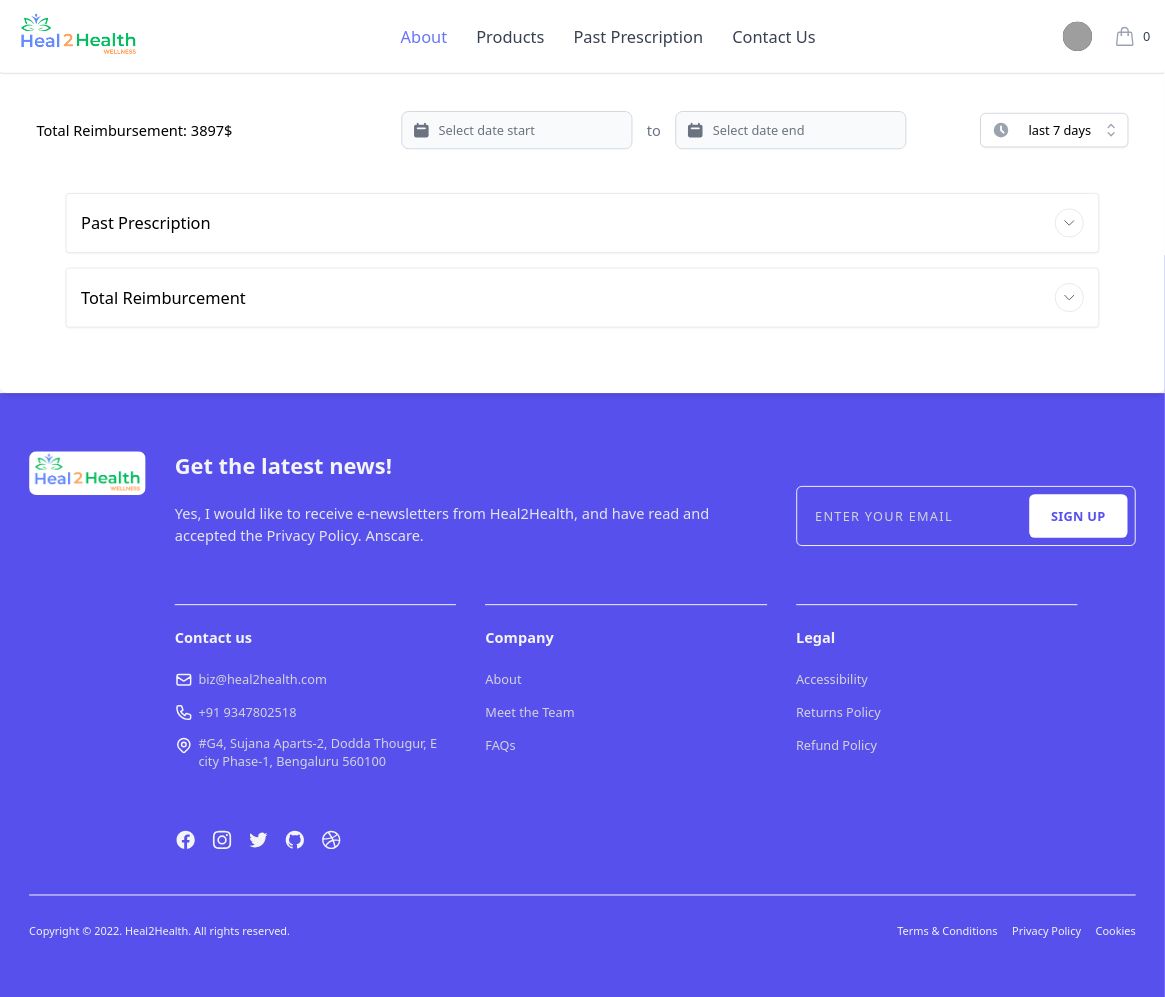
Repository: Akash123-coder/H2H
Page: /pastprescription (app in Frontend/)
An editor plug-in stored every save of this project. The page is shown before and after the next save, followed by the edit.
The browser window is 1280 px wide. The pictures show the whole page, at 91% of full size.
Pictures or frames that could not be fetched are drawn as grey boxes. The project was rebuilt for these pictures with package versions that can differ from the ones it lists, and the page was loaded fresh each time. Also part of the build but not shown: Frontend/vite.config.ts, Frontend/src/pages/About.tsx, Frontend/src/components/Cta.jsx, Frontend/src/pages/Home.jsx, Frontend/src/components/Product.tsx, Frontend/src/pages/Prescription.jsx, Frontend/src/pages/SignUp.jsx, Frontend/src/pages/Login.jsx and 1 more.

Above is the page before, as saved 2022-10-05 12:03:26.

### Frontend/index.html
<!DOCTYPE html>
<html lang="en">
  <head>
    <meta charset="UTF-8" />
    <link rel="icon" type="image/svg+xml" href="/vite.svg" />
    <meta name="viewport" content="width=device-width, initial-scale=1.0" />
    <title>Heal2Health</title>
  </head>
  <body>
    <div id="root"></div>
    <script type="module" src="/src/main.tsx"></script>
  </body>
</html>

### Frontend/src/main.tsx
import React from 'react'
import ReactDOM from 'react-dom/client'
import App from './App'
import './index.css'
import {BrowserRouter} from 'react-router-dom'

ReactDOM.createRoot(document.getElementById('root') as HTMLElement).render(
  <React.StrictMode>
    <BrowserRouter>
    <App />
    </BrowserRouter>
  </React.StrictMode>
)

### Frontend/src/App.jsx
import { Routes, Route } from "react-router-dom";
import Navbar from "./components/Navbar.jsx";
import { ShoppingCartProvider } from "./context/ShoppingCartContext";
import About from "./pages/About";
import Home from "./pages/Home";
import Prescription from "./pages/Prescription";
import SignUp from "./pages/SignUp";
import Footer from "./components/Footer";
import Login from "./pages/Login";
import Cart from "./pages/Cart";
import CompanyNameSelect from "./pages/CompanyNameSelect.jsx";
import PastPrescription from "./pages/PastPrescription.jsx";

function App() {
  return (
    <ShoppingCartProvider>
      <Navbar />
      <Routes>
        <Route path="/" element={<Home />} />
        <Route path="/prescription" element={<Prescription />} />
        <Route path="/about" element={<About />} />
        <Route path="/login" element={<Login />} />
        <Route path="/SignUp" element={<SignUp />} />
        <Route path="/pastprescription" element={<PastPrescription />} />
        {/* <Route path="/SignUp" element={<CompanyNameSelect />} /> */}
      </Routes>
      <Footer />
    </ShoppingCartProvider>
  );
}

export default App;

### Frontend/src/context/ShoppingCartContext.tsx
import {useContext ,useState, createContext ,ReactNode} from 'react'

const ShoppingCartContext = createContext({})

type ShoppingCartProviderProps ={
    children: ReactNode
}
type CartItem = {
    id: number
    quantity:number
}


type ShoppingCartContext ={
    CartQuantity:number
    CartItems:CartItem[]
    getItemQuantity:(id: number) => number
    increaseItemQuantity:(id: number) => void
    decreaseItemQuantity:(id: number) => void
    removeFromCart:(id: number) => void
}

export function useShoppingCart() {
  return ( useContext(ShoppingCartContext)
  )
}

export function ShoppingCartProvider({children}:ShoppingCartProviderProps){
    const [cartItems ,setCartItems] = useState<CartItem>([]);

    const CartQuantity = cartItems.reduce(
        (quantity ,item) => item.quantity + quantity,0
    )

    function getItemQuantity(id : number){
        return cartItems.find( item => item.id === id)?.quantity || 0
    }
    function increaseItemQuantity(id : number){
         setCartItems(currItems =>{
            if(currItems.find(item => item.id === id)==null){
                return [...currItems, {id , quantity : 1}]

            } else {
                return currItems.map(item =>{
                    if(item.id === id ){
                        return {...item ,quantity: item.quantity + 1}
                    }else{
                        return item
                    }
                })
            }
         })
    }
    function decreaseItemQuantity(id: number) {
        setCartItems(currItems => {
          if (currItems.find(item => item.id === id)?.quantity === 1) {
            return currItems.filter(item => item.id !== id)
          } else {
            return currItems.map(item => {
              if (item.id === id) {
                return { ...item, quantity: item.quantity - 1 }
              } else {
                return item
              }
            })
          }
        })
      }
    function removeFromCart(id : number){
        setCartItems(currItems =>{
            return currItems.filter(item =>item.id!==id)
        })
    }
    return (

        <ShoppingCartContext.Provider value = {{getItemQuantity,increaseItemQuantity,decreaseItemQuantity ,removeFromCart,cartItems,CartQuantity}}>
            {children}
        </ShoppingCartContext.Provider>
    )
}

### Frontend/src/pages/PastPrescription.jsx
import React from 'react'
import { AccodianData } from '../components/AccodianData';
import DatePickercomp from '../components/DatePickercomp';
import Select from '../components/Select';

function PastPrescription() {

  return (
    <div>
      <div class="overflow-x-auto relative shadow-md sm:rounded-lg p-10">
        <div class="flex justify-between items-center pb-4">
          <div className="relative">
            <div
              id="table-Reimbursement"
              class="flex flex-nowrap items-center pl-10 w-80 text-sm text-gray-900 bg-gray-50 rounded-lg focus:ring-blue-500 focus:border-blue-500 dark:bg-gray-700 dark:border-gray-600 dark:placeholder-gray-400 dark:text-white dark:focus:ring-blue-500 dark:focus:border-blue-500"
            />
            Total Reimbursement: 3897$
          </div>
          <DatePickercomp />
          <Select />
        </div>
        <AccodianData/>

      </div>
    </div>
  );
}

export default PastPrescription

### Frontend/src/components/DatePickercomp.jsx
// import  React from "react";
// import TextField from "@mui/material/TextField";
// import Box from "@mui/material/Box";
// import { LocalizationProvider } from "@mui/x-date-pickers-pro";
// import { AdapterDayjs } from "@mui/x-date-pickers-pro/AdapterDayjs";
// import { DateRangePicker } from "@mui/x-date-pickers-pro/DateRangePicker";

// export default function BasicDateRangePicker() {
//   const [value, setValue] = React.useState([null, null]);

//   return (
//     <LocalizationProvider
//       dateAdapter={AdapterDayjs}
//       localeText={{ start: "Check-in", end: "Check-out" }}
//     >
//       <DateRangePicker
//         value={value}
//         onChange={(newValue) => {
//           setValue(newValue);
//         }}
//         renderInput={(startProps, endProps) => (
//           <React.Fragment>
//             <TextField {...startProps} />
//             <Box sx={{ mx: 2 }}> to </Box>
//             <TextField {...endProps} />
//           </React.Fragment>
//         )}
//       />
//     </LocalizationProvider>
//   );
// }

import React from 'react'

function DatePickercomp() {
  return (
    <div>
<div date-rangepicker="" class="flex items-center">
  <div class="relative">
    <div class="flex absolute inset-y-0 left-0 items-center pl-3 pointer-events-none">
        <svg aria-hidden="true" class="w-5 h-5 text-gray-500 dark:text-gray-400" fill="currentColor" viewBox="0 0 20 20" xmlns="http://www.w3.org/2000/svg"><path fill-rule="evenodd" d="M6 2a1 1 0 00-1 1v1H4a2 2 0 00-2 2v10a2 2 0 002 2h12a2 2 0 002-2V6a2 2 0 00-2-2h-1V3a1 1 0 10-2 0v1H7V3a1 1 0 00-1-1zm0 5a1 1 0 000 2h8a1 1 0 100-2H6z" clip-rule="evenodd"></path></svg>
    </div>
    <input name="start" type="text" class="bg-gray-50 border border-gray-300 text-gray-900 sm:text-sm rounded-lg focus:ring-blue-500 focus:border-blue-500 block w-full pl-10 p-2.5 dark:bg-gray-700 dark:border-gray-600 dark:placeholder-gray-400 dark:text-white dark:focus:ring-blue-500 dark:focus:border-blue-500 datepicker-input" placeholder="Select date start"/>
  </div>
  <span class="mx-4 text-gray-500">to</span>
  <div class="relative">
    <div class="flex absolute inset-y-0 left-0 items-center pl-3 pointer-events-none">
        <svg aria-hidden="true" class="w-5 h-5 text-gray-500 dark:text-gray-400" fill="currentColor" viewBox="0 0 20 20" xmlns="http://www.w3.org/2000/svg"><path fill-rule="evenodd" d="M6 2a1 1 0 00-1 1v1H4a2 2 0 00-2 2v10a2 2 0 002 2h12a2 2 0 002-2V6a2 2 0 00-2-2h-1V3a1 1 0 10-2 0v1H7V3a1 1 0 00-1-1zm0 5a1 1 0 000 2h8a1 1 0 100-2H6z" clip-rule="evenodd"></path></svg>
    </div>
    <input name="end" type="text" class="bg-gray-50 border border-gray-300 text-gray-900 sm:text-sm rounded-lg focus:ring-blue-500 focus:border-blue-500 block w-full pl-10 p-2.5 dark:bg-gray-700 dark:border-gray-600 dark:placeholder-gray-400 dark:text-white dark:focus:ring-blue-500 dark:focus:border-blue-500 datepicker-input" placeholder="Select date end"/>
</div>
</div>
</div>
  )
}

export default DatePickercomp

### Frontend/src/components/Select.jsx
/* This example requires Tailwind CSS v2.0+ */
import { Fragment, useState } from "react";
import { Listbox, Transition } from "@headlessui/react";
import { CheckIcon, ChevronUpDownIcon } from "@heroicons/react/20/solid";

const people = [
  {
    id: 5,
    name: "Till date",
  },
  {
    id: 1,
    name: " last 30 days",
  },
  {
    id: 2,
    name: "last day",
  },
  {
    id: 3,
    name: "last 7 days",
  },
  {
    id: 4,
    name: "last 6 months",
  },
];

function classNames(...classes) {
  return classes.filter(Boolean).join(" ");
}

export default function Select() {
  const [selected, setSelected] = useState(people[3]);

  return (
    <Listbox value={selected} onChange={setSelected}>
      {({ open }) => (
        <>
          <div className="relative ">
            <Listbox.Button className="relative w-full  cursor-default rounded-md border border-gray-300 bg-white py-2 pl-3 pr-10 text-left shadow-sm focus:border-indigo-500 focus:outline-none focus:ring-1 focus:ring-indigo-500 sm:text-sm">
              <span className="flex items-center">
                <svg
                  class="mr-2 w-5 h-5 text-gray-400"
                  aria-hidden="true"
                  fill="currentColor"
                  viewBox="0 0 20 20"
                  xmlns="http://www.w3.org/2000/svg"
                >
                  <path
                    fill-rule="evenodd"
                    d="M10 18a8 8 0 100-16 8 8 0 000 16zm1-12a1 1 0 10-2 0v4a1 1 0 00.293.707l2.828 2.829a1 1 0 101.415-1.415L11 9.586V6z"
                    clip-rule="evenodd"
                  ></path>
                </svg>
                <span className="ml-3 block truncate">{selected.name}</span>
              </span>
              <span className="pointer-events-none absolute inset-y-0 right-0 ml-3 flex items-center pr-2">
                <ChevronUpDownIcon
                  className="h-5 w-5 text-gray-400"
                  aria-hidden="true"
                />
              </span>
            </Listbox.Button>

            <Transition
              show={open}
              as={Fragment}
              leave="transition ease-in duration-100"
              leaveFrom="opacity-100"
              leaveTo="opacity-0"
            >
              <Listbox.Options className="absolute z-10 mt-1 max-h-56 w-full overflow-auto rounded-md bg-white py-1 text-base shadow-lg ring-1 ring-black ring-opacity-5 focus:outline-none sm:text-sm">
                {people.map((person) => (
                  <Listbox.Option
                    key={person.id}
                    className={({ active }) =>
                      classNames(
                        active ? "text-white bg-indigo-600" : "text-gray-900",
                        "relative cursor-default select-none py-2 pl-3 pr-9"
                      )
                    }
                    value={person}
                  >
                    {({ selected, active }) => (
                      <>
                        <div className="flex items-center">

                          <span
                            className={classNames(
                              selected ? "font-semibold" : "font-normal",
                              "ml-3 block truncate"
                            )}
                          >
                            {person.name}
                          </span>
                        </div>

                        {selected ? (
                          <span
                            className={classNames(
                              active ? "text-white" : "text-indigo-600",
                              "absolute inset-y-0 right-0 flex items-center pr-4"
                            )}
                          >
                            <CheckIcon className="h-5 w-5" aria-hidden="true" />
                          </span>
                        ) : null}
                      </>
                    )}
                  </Listbox.Option>
                ))}
              </Listbox.Options>
            </Transition>
          </div>
        </>
      )}
    </Listbox>
  );
}

### Frontend/tailwind.config.cjs
/** @type {import('tailwindcss').Config} */
module.exports = {
  content: [
    "./src/**/*.{js,jsx,ts,tsx}",
    "node_modules/flowbite-react/**/*.{js,jsx,ts,tsx}",
  ],
  theme: {
    extend: {},
  },
  plugins: [require("flowbite/plugin"), require("@tailwindcss/forms")],
};

Loaded but not shown: Frontend/src/index.css (common file); Frontend/src/components/Footer.jsx (300 lines, source omitted); Frontend/src/components/AccodianData.jsx (333 lines, source omitted); Frontend/src/pages/Cart.jsx (227 lines, source omitted); Frontend/src/components/Navbar.jsx (181 lines, source omitted)

After the next save:
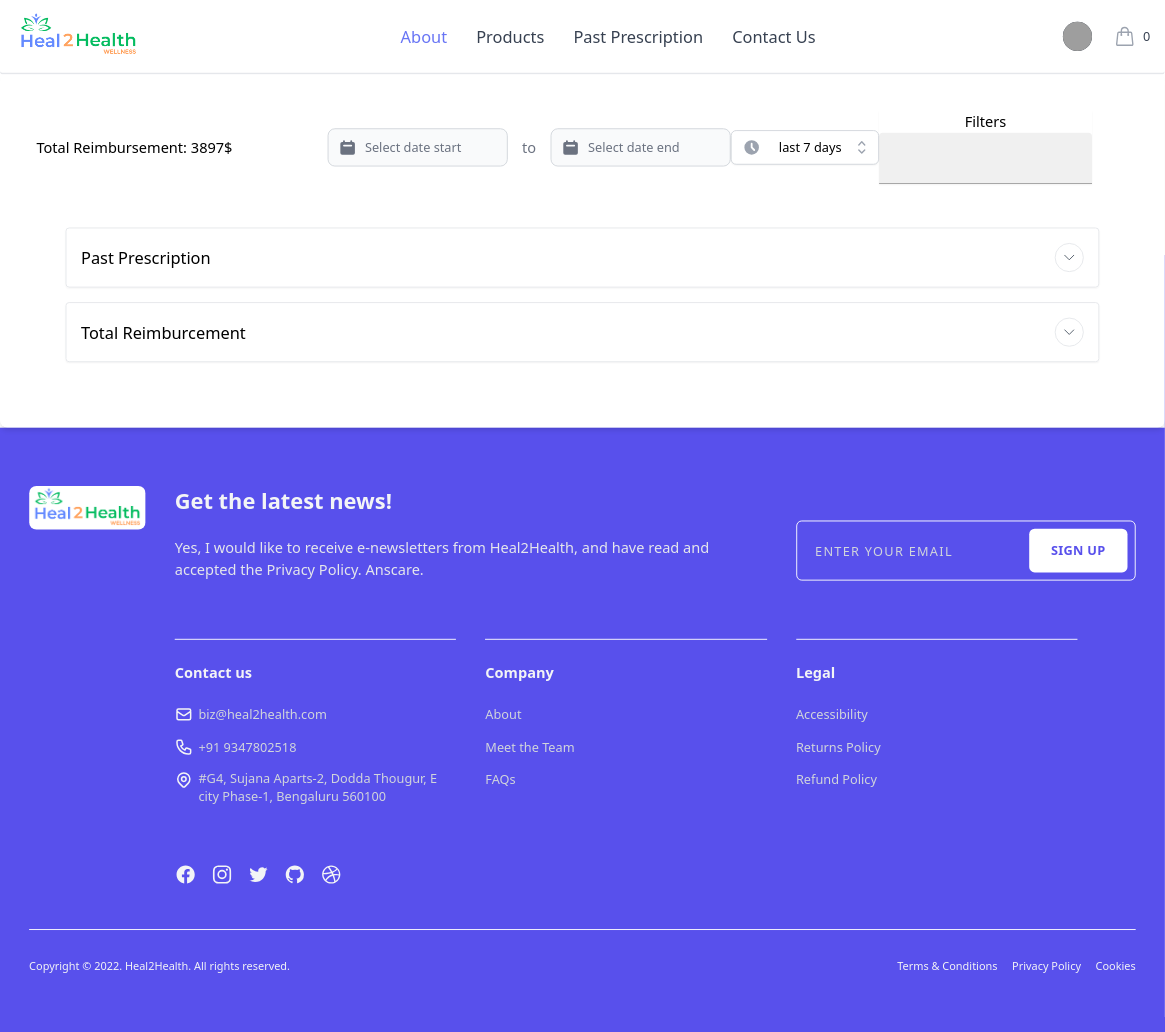
Saved 17 min 50 s later.
--- a/Frontend/src/pages/PastPrescription.jsx
+++ b/Frontend/src/pages/PastPrescription.jsx
@@ -1,3 +1,4 @@
+import { FilledInput } from '@mui/material';
 import React from 'react'
 import { AccodianData } from '../components/AccodianData';
 import DatePickercomp from '../components/DatePickercomp';
@@ -18,6 +19,7 @@
           </div>
           <DatePickercomp />
           <Select />
+          <button type="button" class="btn btn-light mr-10 shadow-sm" data-toggle="collapse" data-target="#filters">Filters <FilledInput/></button>
         </div>
         <AccodianData/>
 

After the save that followed:
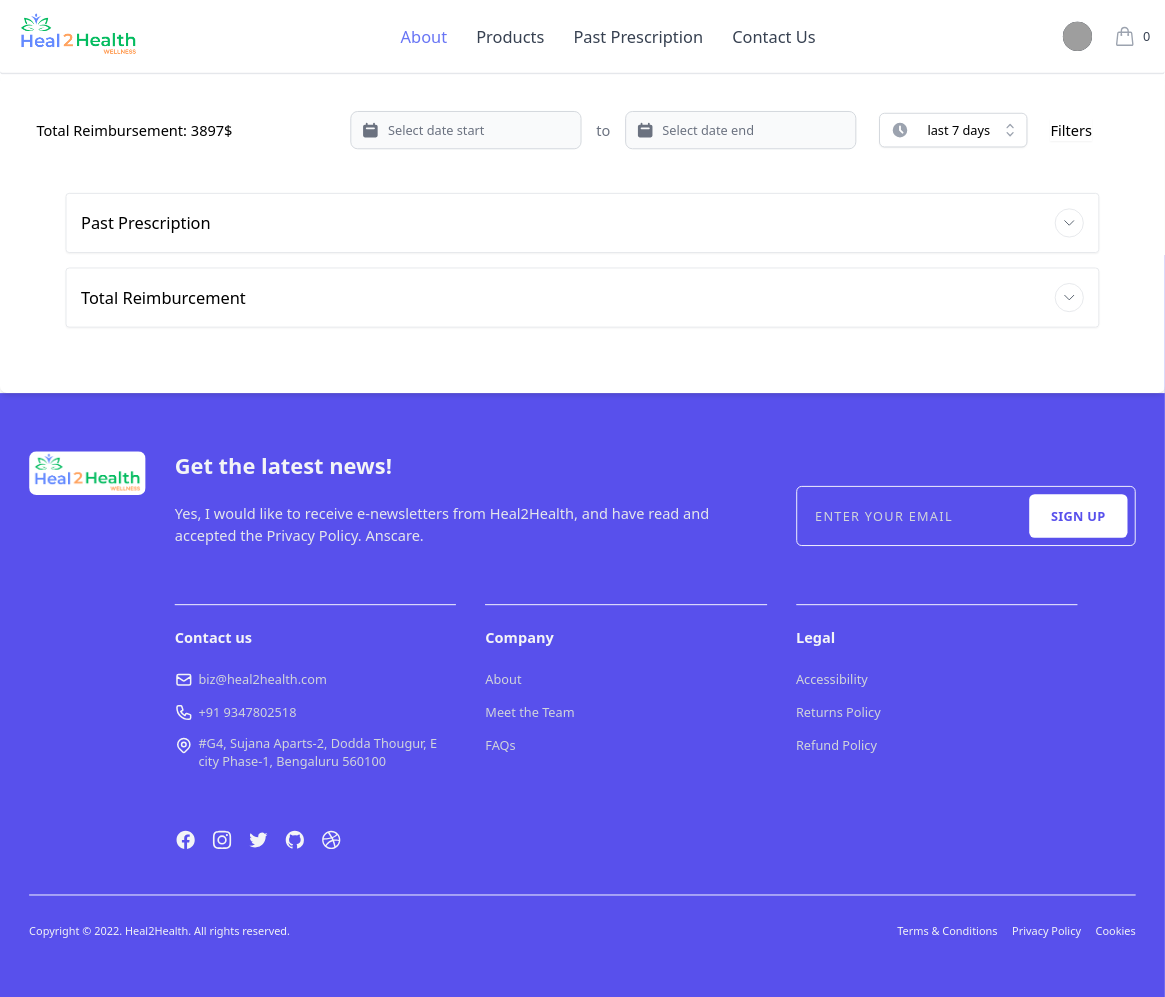
Saved 35 s later.
--- a/Frontend/src/pages/PastPrescription.jsx
+++ b/Frontend/src/pages/PastPrescription.jsx
@@ -19,7 +19,7 @@
           </div>
           <DatePickercomp />
           <Select />
-          <button type="button" class="btn btn-light mr-10 shadow-sm" data-toggle="collapse" data-target="#filters">Filters <FilledInput/></button>
+          <button type="button" class="btn btn-light mr-10 shadow-sm" data-toggle="collapse" data-target="#filters">Filters</button>
         </div>
         <AccodianData/>
 
